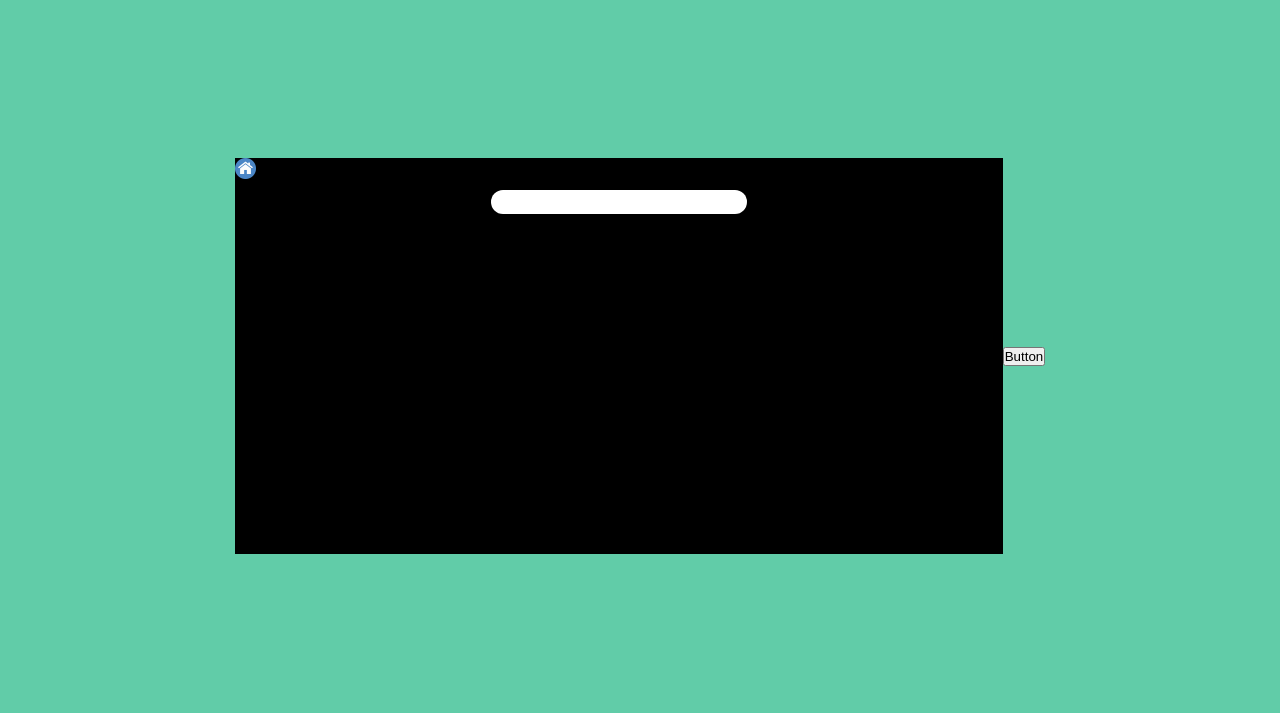
Repository: gitveerak/git-message-chat
Page: demo/demo1.html
These files come from the project's save history. The page is drawn as it stood at one moment and after the next save; the edit follows.
The browser window is 1280 px wide. The pictures show the whole page.

Above is the page before, as saved 2025-04-20 18:15:20.

After the next save:
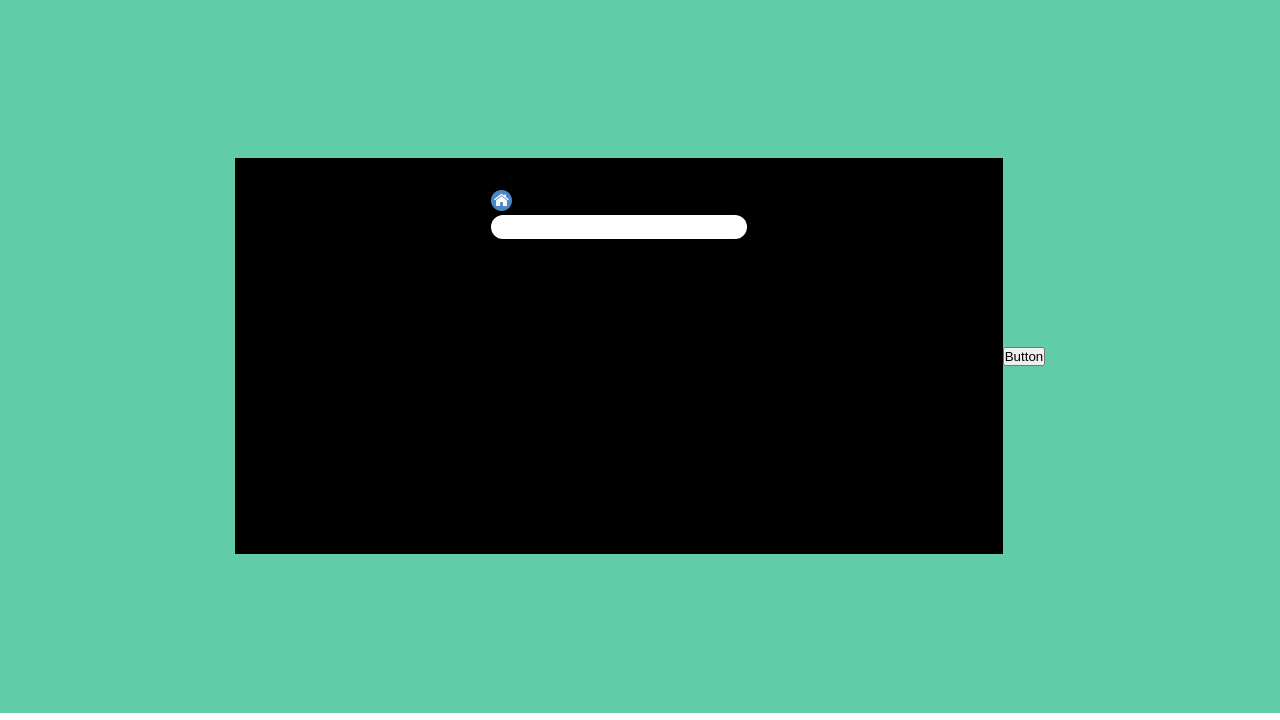
Saved 41 s later.
--- a/demo/demo1.html
+++ b/demo/demo1.html
@@ -24,18 +24,18 @@
             height: 55vh;
             position: relative;
         }
-        .icon_bar{
+        .img_icon{
+            vertical-align: bottom;
             position: absolute;
             top: 2em;
             left: 50%;
             transform: translateX(-50%);
+        }
+        .icon_bar{
             width: 20vw;
             height: 1.5em;
             border-radius: 5em;
             background-color: white;
-        }
-        .img_icon{
-            vertical-align: bottom;
         }
     </style>
 </head>
